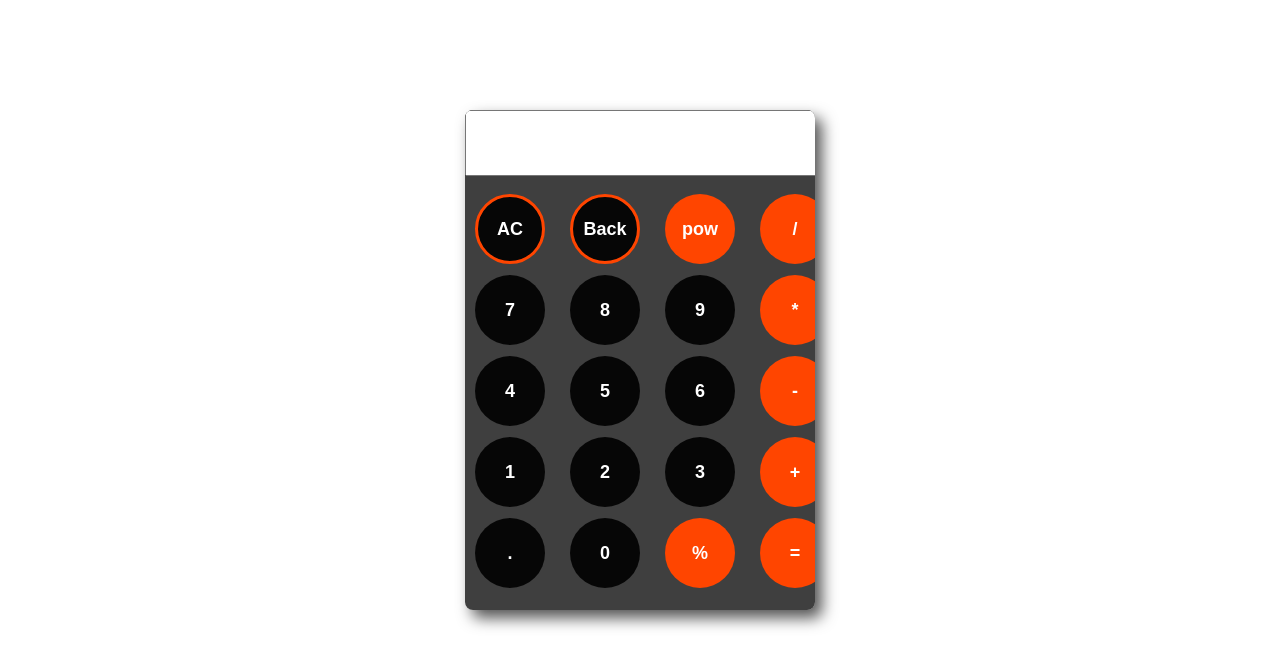
Repository: SakthivelDurai47/calculator
Page: index.html
An editor plug-in stored every save of this project. The page is shown before and after the next save, followed by the edit.
The browser window is 1280 px wide. The pictures show the whole page.

Above is the page before, as saved 2025-04-13 15:30:10.

After the next save:
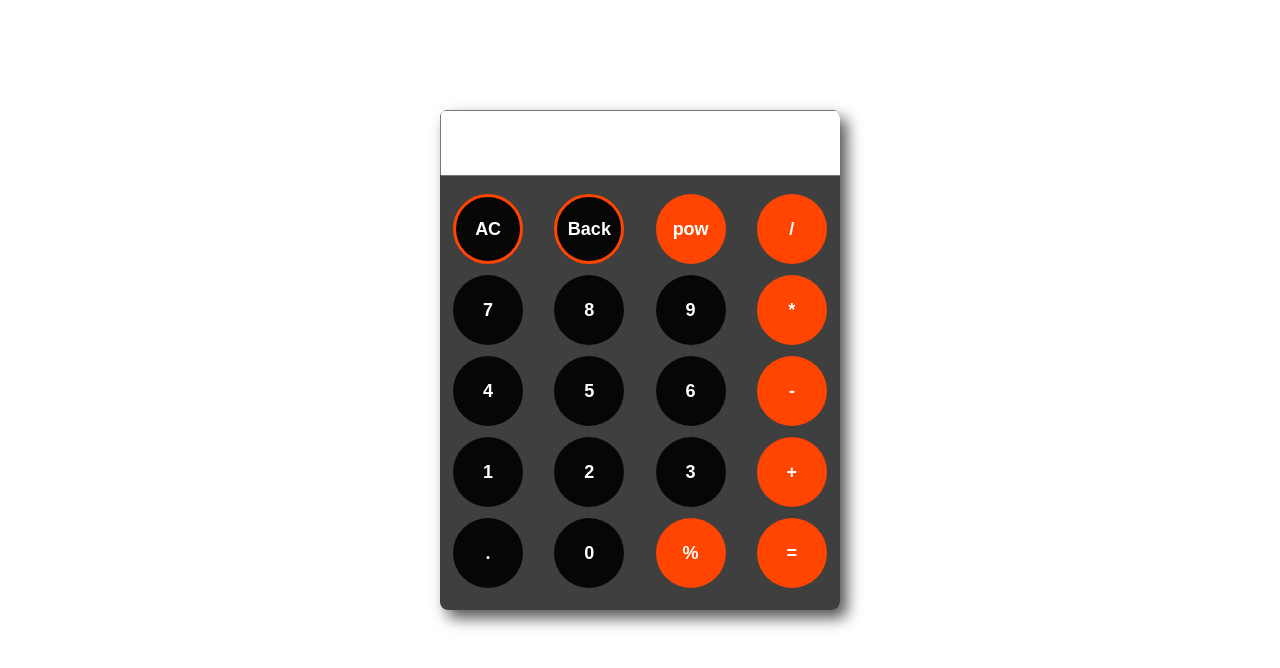
Saved 12 s later.
--- a/styles.css
+++ b/styles.css
@@ -44,7 +44,7 @@ button:active {
   background-color: rgba(255, 68, 0, 0.128);
 }
 #calculator {
-  width: 350px;
+  width: 400px;
   height: 500px;
   background-color: rgba(0, 0, 0, 0.751);
   border-radius: 8px;
